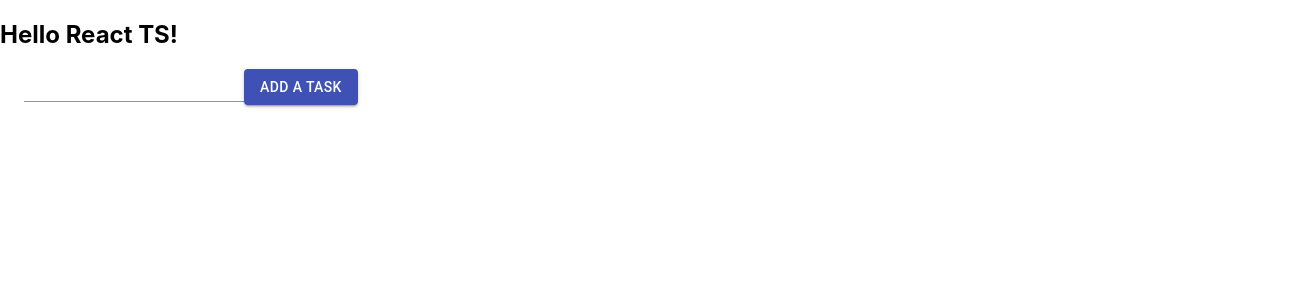
Repository: Salvaaragon/ItemListReact
Page: /
An editor plug-in stored every save of this project. The page is shown before and after a run of saves, followed by the edit.
The browser window is 1280 px wide. The page is 1280 px wide, then 1292 px, so the pictures cover 1292 px, including what lies to the right of the window. The pictures show the whole page.
The project was rebuilt for these pictures with package versions that can differ from the ones it lists, and the page was loaded fresh each time. Also part of the build but not shown: src/components/TasksListItem.tsx.

Above is the page before, as saved 2019-08-04 11:23:59.

### src/App.tsx
import React, { Component } from 'react';
import { Task } from './models/task';
import { NewTaskForm } from './components/NewTaskForm';
import { TasksList } from './components/TaskList';

interface State {
	newTask: Task;
	tasks: Task[];
}

class App extends Component<{}, State> {

	private addTask = (event: React.FormEvent<HTMLFormElement>) => {
		event.preventDefault();

		this.setState(previousState => ({
			newTask: {
				id: previousState.newTask.id + 1,
				name: ""
			},
			tasks: [...previousState.tasks, previousState.newTask]
		}));
	};

	private handleTaskChange = (event: React.ChangeEvent<HTMLInputElement>) => {
		this.setState({
			newTask: {
				...this.state.newTask,
				name: event.target.value
			}
		});
	};

	private deleteTask = (taskToDelete: Task) => {
		this.setState(previousState => ({
			tasks: [
				...previousState.tasks.filter(task => task.id !== taskToDelete.id)
			]
		}));
	};


	state = {
		newTask: {
			id: 1,
			name: ""
		},
		tasks: []
	}

	render() {
		return(
			<div>
				<h2>Hello React TS!</h2>
				<NewTaskForm
					task={this.state.newTask}
					onAdd={this.addTask}
					onChange={this.handleTaskChange}
				/>
				<TasksList tasks={this.state.tasks} onDelete={this.deleteTask}/>
			</div>
		)
	}
}

export default App;

### src/components/NewTaskForm.tsx
import React, { FunctionComponent } from "react";
import { Task } from "../models/task";
import ReactDOM from 'react-dom';
import Button from '@material-ui/core/Button';
import Input from '@material-ui/core/Input';
import Container from '@material-ui/core/Container';

interface Props {
    onChange: (event: React.ChangeEvent<HTMLInputElement>) => void;
    onAdd: (event: React.FormEvent<HTMLFormElement>) => void;
    task: Task;
}

export const NewTaskForm: FunctionComponent<Props> = ({
    onChange,
    onAdd,
    task
}) => (
    <Container fixed>
        <form onSubmit={onAdd}>
            <Input onChange={onChange} value={task.name}/>
            <Button variant="contained" color="primary" type="submit">Add a task</Button>
        </form>
    </Container>
);

### src/components/TaskList.tsx
import React, { FunctionComponent } from "react";

import { Task } from "../models/task";
import { TaskListItem } from "./TasksListItem";

interface Props {
  tasks: Task[];
  onDelete: (task: Task) => void;
}

export const TasksList: FunctionComponent<Props> = ({ tasks, onDelete }) => (
  <ul>
    {tasks.map(task => (
      <TaskListItem task={task} onDelete={onDelete} />
    ))}
  </ul>
);

Loaded but not shown: public/index.html (common file); src/index.tsx (common file); src/index.css (common file); src/serviceWorker.ts (common file)

After the next 2 saves:
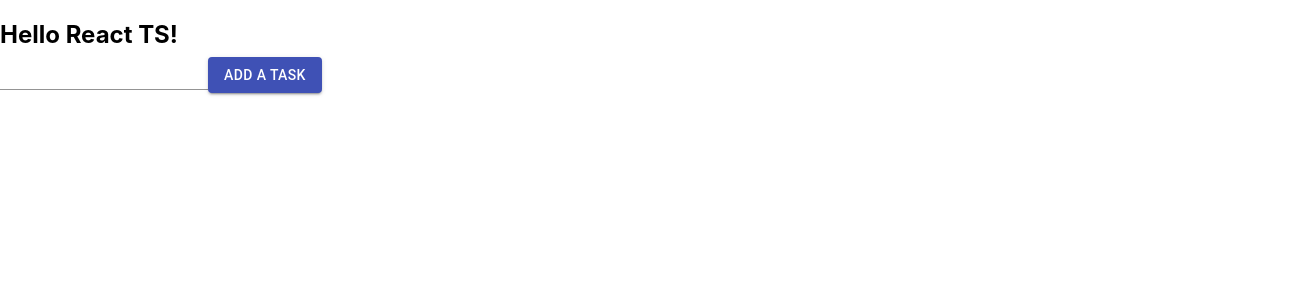
The 2 saves are shown as one change because 1 did not build or start.
The last was saved 33 s later.
--- a/src/components/NewTaskForm.tsx
+++ b/src/components/NewTaskForm.tsx
@@ -3,7 +3,7 @@ import { Task } from "../models/task";
 import ReactDOM from 'react-dom';
 import Button from '@material-ui/core/Button';
 import Input from '@material-ui/core/Input';
-import Container from '@material-ui/core/Container';
+import Grid from '@material-ui/core/Grid';
 
 interface Props {
     onChange: (event: React.ChangeEvent<HTMLInputElement>) => void;
@@ -16,10 +16,10 @@ export const NewTaskForm: FunctionComponent<Props> = ({
     onAdd,
     task
 }) => (
-    <Container fixed>
+    <Grid container spacing={3}>
         <form onSubmit={onAdd}>
             <Input onChange={onChange} value={task.name}/>
             <Button variant="contained" color="primary" type="submit">Add a task</Button>
         </form>
-    </Container>
+    </Grid>
 );
